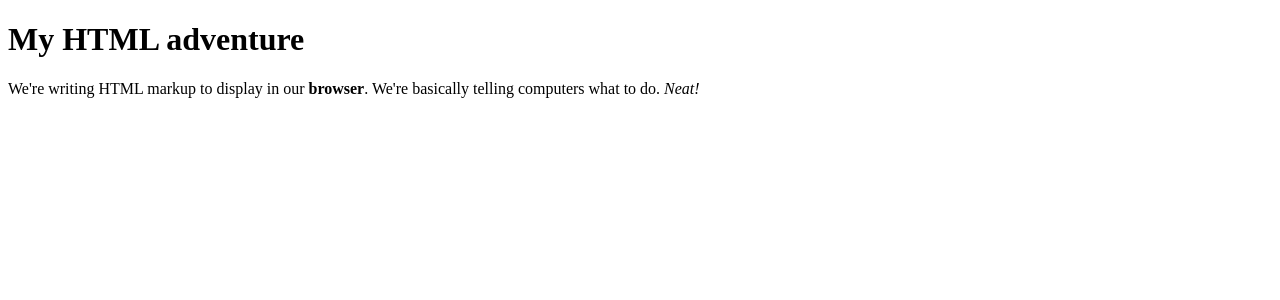
Repository: travinne/travthegr88
Page: development/code/phase-1/phase-0-the-dom-editing-lab/index.html
These files come from the project's save history. The page is drawn as it stood at one moment and after the next save; the edit follows.
The browser window is 1280 px wide. The pictures show the whole page.

Above is the page before, as saved 2025-03-21 10:36:44.

### development/code/phase-1/phase-0-the-dom-editing-lab/index.html
<!DOCTYPE html>
<html lang="en">
  <head>
    <meta charset="UTF-8" />
    <meta name="viewport" content="width=device-width, initial-scale=1.0" />
    <meta http-equiv="X-UA-Compatible" content="ie=edge" />
    <title>Introduction to the DOM Lab</title>
  </head>
  <body>
    <h1>My HTML adventure</h1>
    <p>
        We're writing HTML markup to display in our <strong>browser</strong>. We're
        basically telling computers what to do. <em>Neat!</em>
      </p>
  </body>
</html>

After the next save:
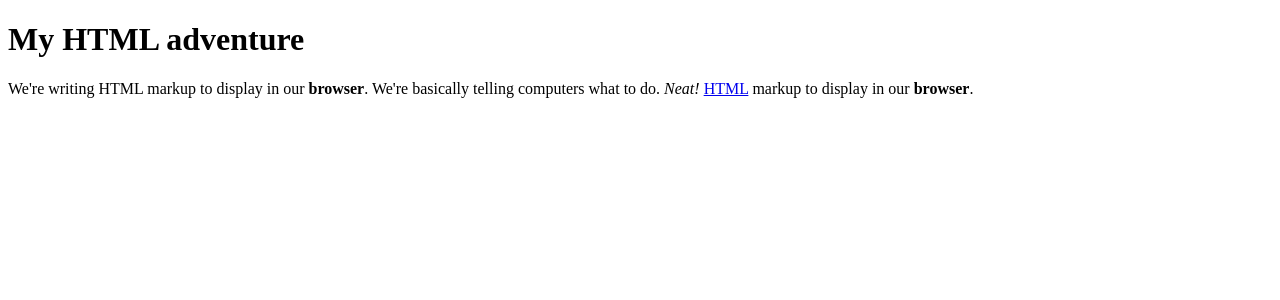
Saved 96 s later.
--- a/development/code/phase-1/phase-0-the-dom-editing-lab/index.html
+++ b/development/code/phase-1/phase-0-the-dom-editing-lab/index.html
@@ -11,6 +11,8 @@
     <p>
         We're writing HTML markup to display in our <strong>browser</strong>. We're
         basically telling computers what to do. <em>Neat!</em>
+        <a href="https://developer.mozilla.org/en-US/docs/Web/HTML">HTML</a> markup to
+            display in our <strong>browser</strong>.
       </p>
   </body>
 </html>
